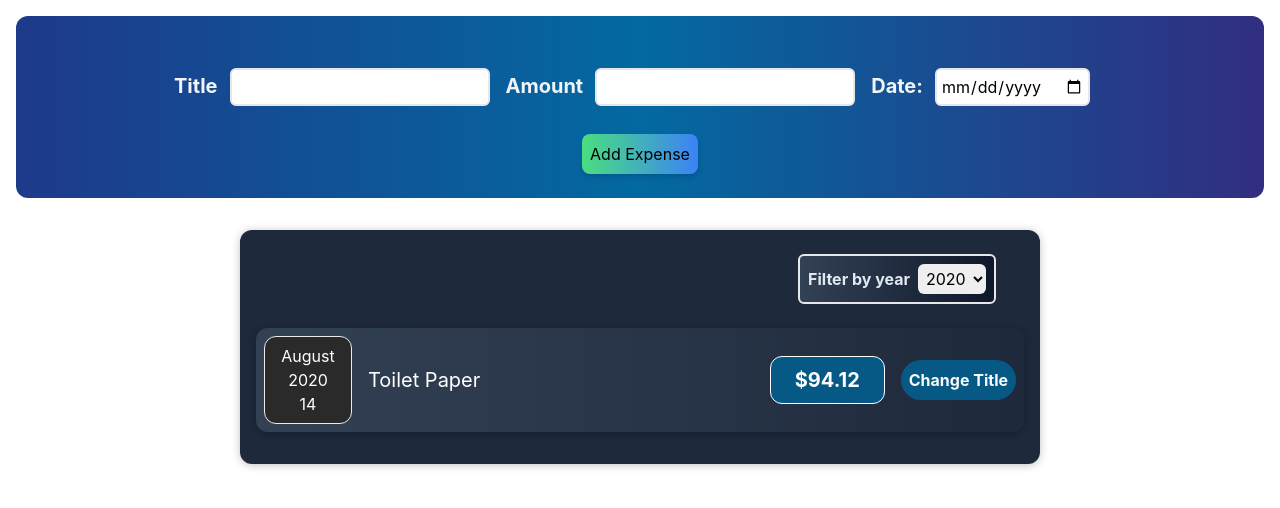
Repository: Sef24/expense-tracker
Page: /, after clicking the first element matching `button`
The author's editor kept a copy of each file at every save. The page is drawn from the files as they stood at one save, then again after the next save.
The browser window is 1280 px wide. The pictures show the whole page.
The project was rebuilt for these pictures with package versions that can differ from the ones it lists, and the page was loaded fresh each time. Also part of the build but not shown: src/components/NewExpense/NewExpense.css, src/components/NewExpense/ExpenseForm.css.

Above is the page before, as saved 2022-05-03 16:13:16.

After the next save:
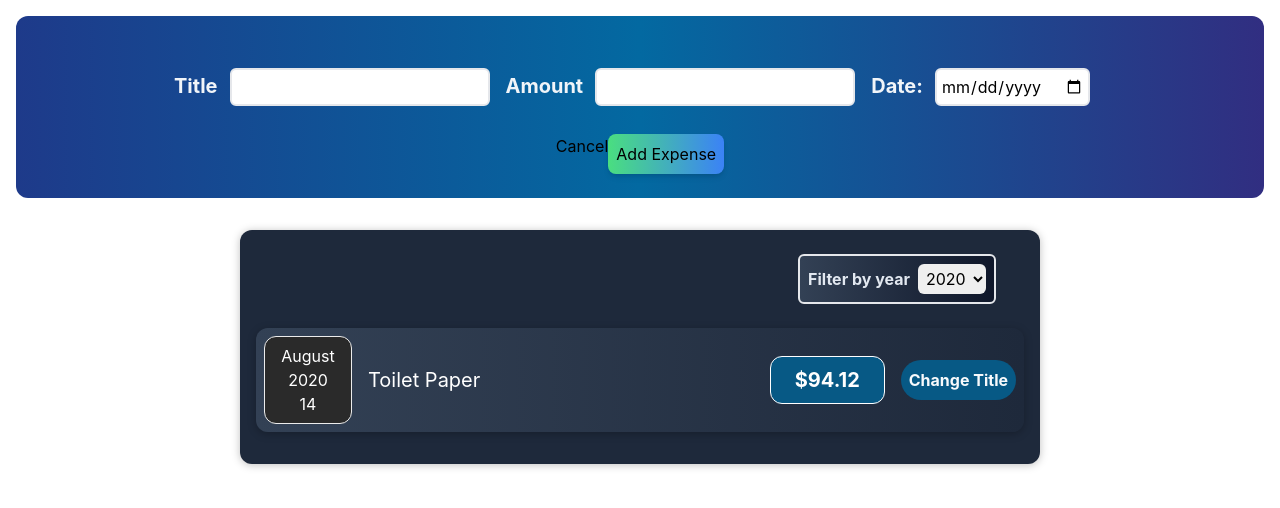
Saved 2 min 23 s later.
--- a/src/components/NewExpense/ExpenseForm.js
+++ b/src/components/NewExpense/ExpenseForm.js
@@ -65,6 +65,7 @@ function ExpenseForm(props) {
         />
       </div>
       <div className="flex justify-center">
+        <button type="button">Cancel</button>
         <button
           type="submit"
           className="p-2 mt-4 border-3 border-solid rounded-lg shadow-md
